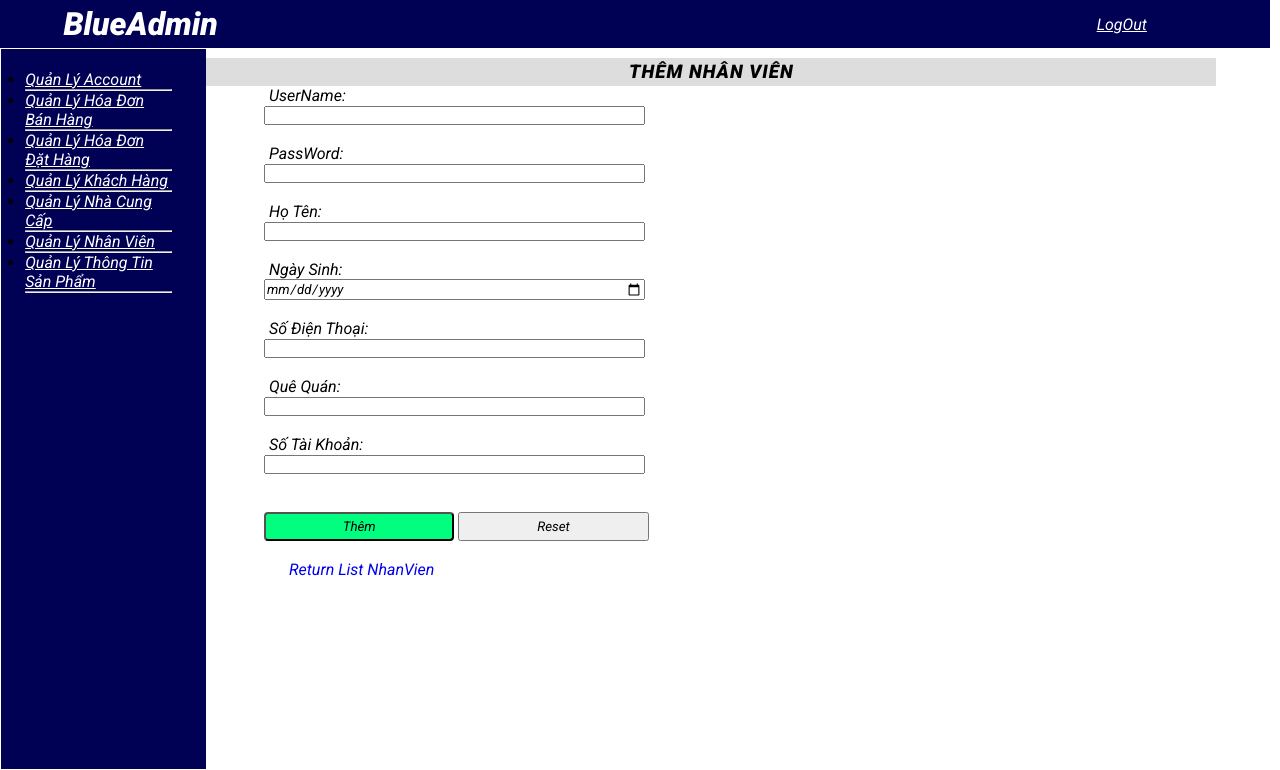
Repository: ngan429/WebsiteLaptop
Page: http://localhost/WebsiteLapTop/viewsnhanvien/InsertNhanVienDB.jsp
The author's editor kept a copy of each file at every save. The page is drawn from the files as they stood at one save, then again after the next save.
The browser window is 1280 px wide. The pictures show the whole page.
Some web libraries are served in a nearby version. The page is served by Tomcat 9.

Above is the page before, as saved 2021-12-01 19:51:36.
Console error: SyntaxError: Invalid or unexpected token
Not found: DoAnLapTop/WebsiteLapTop/WebsiteLapTop/css/

After the next save:
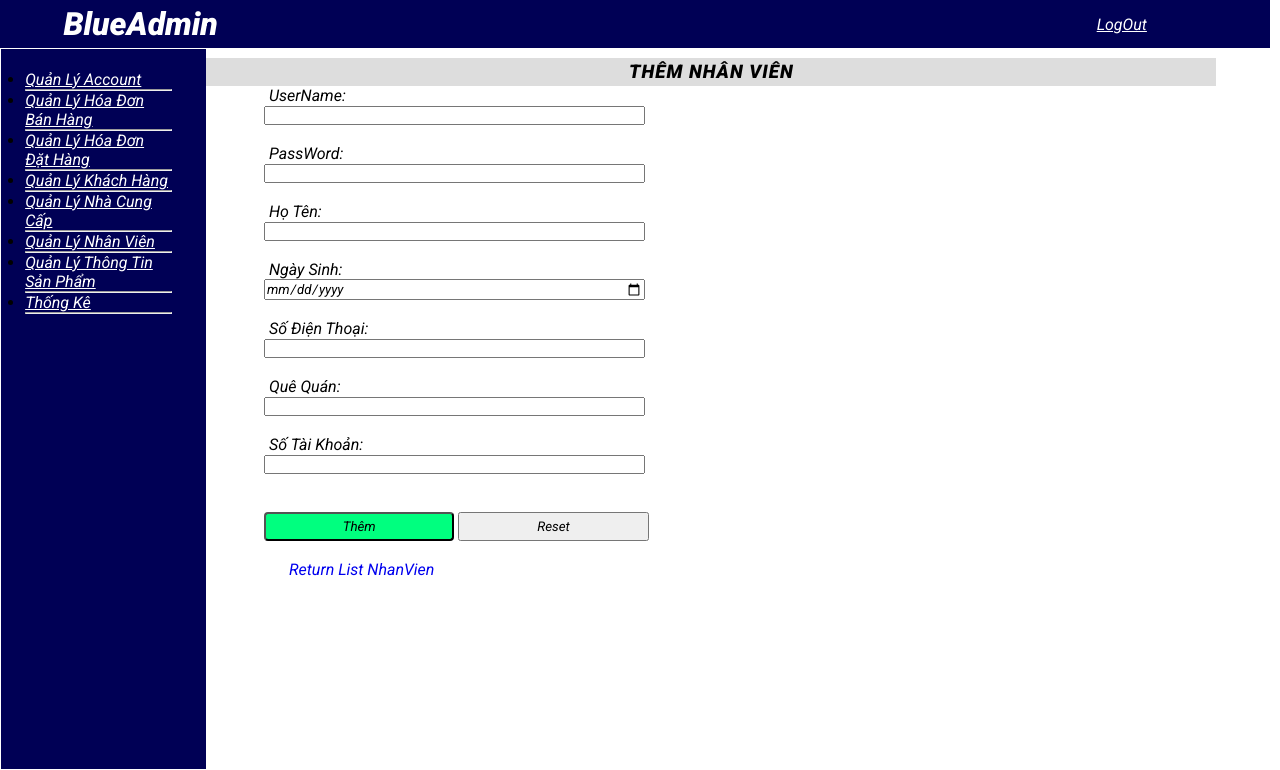
Saved 10 h 6 min later.
--- a/DoAnLapTop/WebsiteLapTop/WebContent/viewsnhanvien/Menu.jsp
+++ b/DoAnLapTop/WebsiteLapTop/WebContent/viewsnhanvien/Menu.jsp
@@ -53,7 +53,8 @@ header {
 					<li><a href="ThongTinSanPhamDB">Quản Lý Thông Tin Sản Phẩm</a></li>
 					<hr />
 
-
+					<li><a href="ThongTinSanPhamDB">Thống Kê</a></li>
+					<hr />
 				</ul>
 			</div>
 		</div>
